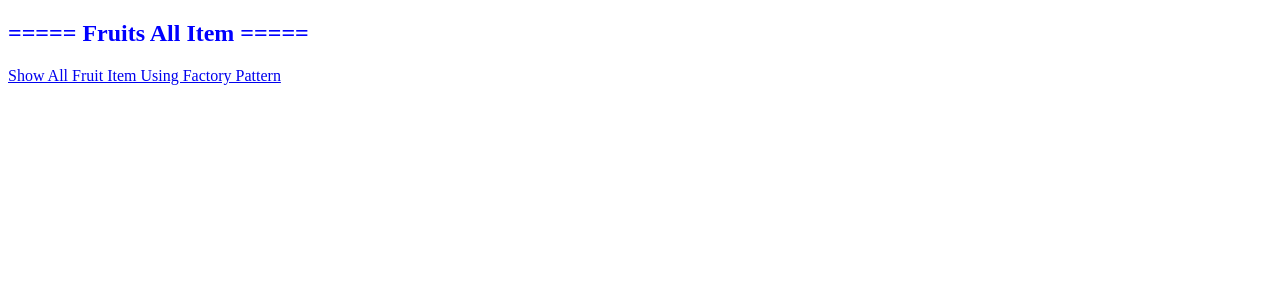
Repository: BaekDoHyeon/Kosta_04_FrontStudy
Page: http://localhost/workshop11/
The author's editor kept a copy of each file at every save. The page is drawn from the files as they stood at one save, then again after the next save.
The browser window is 1280 px wide. The pictures show the whole page.
The page is served by Tomcat 9. Other server files are loaded and not shown.

Above is the page before, as saved 2024-09-05 07:21:37.

### work05_BackEnd/workshop11/src/main/webapp/index.jsp
<%@ page language="java" contentType="text/html; charset=UTF-8"
    pageEncoding="UTF-8"%>
<!DOCTYPE html>
<html>
<head>
<meta charset="UTF-8">
<title>Insert title here</title>
<style type="text/css">

</style>
</head>
<body>
<h2 style="color: blue;">===== Fruits All Item =====</h2>
<div><a href="allFruit.do">Show All Fruit Item Using Factory Pattern</a></div>
</body>
</html>

After the next save:
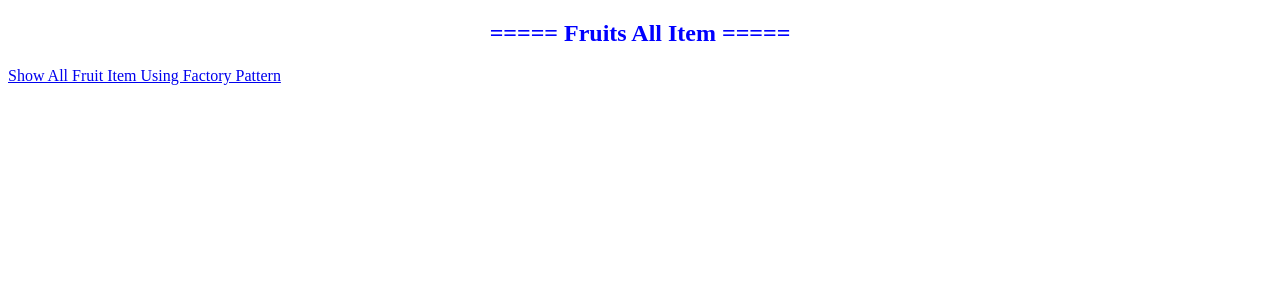
Saved 9 s later.
--- a/work05_BackEnd/workshop11/src/main/webapp/index.jsp
+++ b/work05_BackEnd/workshop11/src/main/webapp/index.jsp
@@ -10,7 +10,7 @@
 </style>
 </head>
 <body>
-<h2 style="color: blue;">===== Fruits All Item =====</h2>
+<h2 align="center" style="color: blue;">===== Fruits All Item =====</h2>
 <div><a href="allFruit.do">Show All Fruit Item Using Factory Pattern</a></div>
 </body>
 </html>
